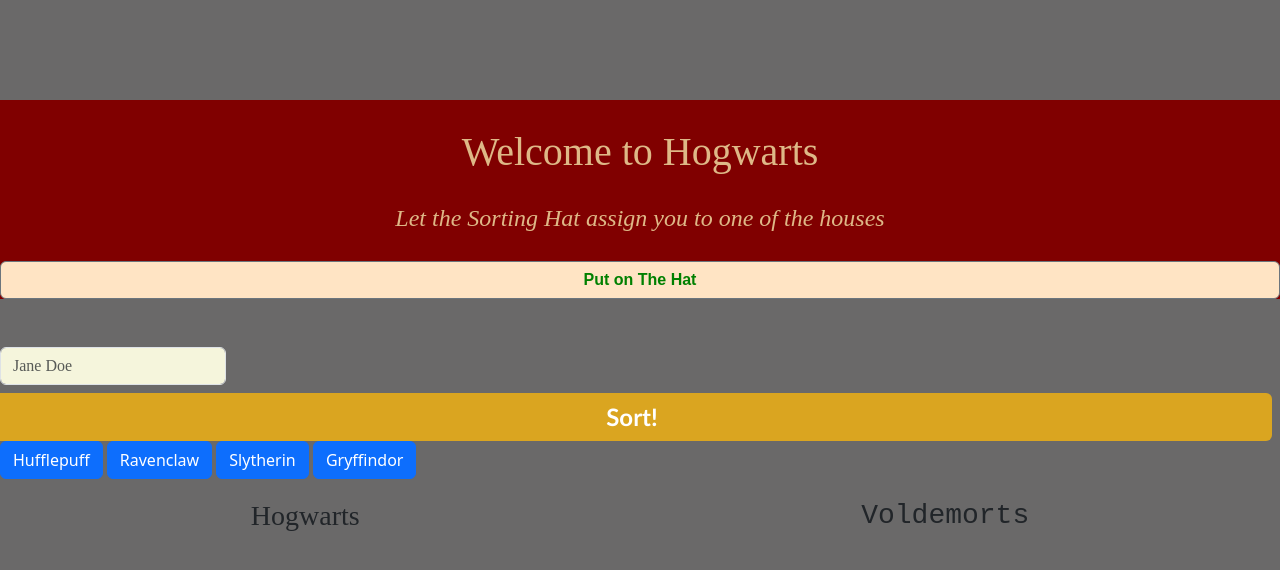
Repository: fernandabenavides618nash/INDIVIDUAL-PROJECT-sorting-hat
Page: index.html
The author's editor kept a copy of each file at every save. The page is drawn from the files as they stood at one save, then again after the next save.
The browser window is 1280 px wide. The pictures show the whole page.
After loading, the first visible `#startButton` was clicked once.

Above is the page before, as saved 2023-05-05 12:54:51.
Console error: TypeError: Cannot read properties of null (reading 'addEventListener')

### index.html
<!DOCTYPE html>
<html lang="en">
<head>
  <meta charset="UTF-8">
  <meta http-equiv="X-UA-Compatible" content="IE=edge">
  <meta name="viewport" content="width=device-width, initial-scale=1.0">
  <title>sorting hat</title>
  <link href="https://cdn.jsdelivr.net/npm/bootstrap@5.3.0-alpha3/dist/css/bootstrap.min.css" rel="stylesheet"            integrity="sha384-KK94CHFLLe+nY2dmCWGMq91rCGa5gtU4mk92HdvYe+M/SXH301p5ILy+dN9+nJOZ" crossorigin="anonymous">
  <link rel="stylesheet" href="main.css">
</head>
<body>
  <div class="intro" id="intro-screen"></div>
  <div class="form" id="form-div"></div>
  <div class="app" id="app"></div>
  <div class="school" id="school-div"> </div>
  <script src="https://cdn.jsdelivr.net/npm/bootstrap@5.3.0-alpha3/dist/js/bootstrap.bundle.min.js" integrity="sha384-ENjdO4Dr2bkBIFxQpeoTz1HIcje39Wm4jDKdf19U8gI4ddQ3GYNS7NTKfAdVQSZe" crossorigin="anonymous"></script>
  <script src="main.js"></script>
</body>
</html>

### main.css
body{
  background-color:#6a6969;
}

#intro-screen {
  background-color: maroon;
  display: flex;
  flex-direction: column;
  margin-top: 100px;
  margin-bottom: 28px;
}
.intro h1 {
  display: flex;
  justify-content: center;
  font-family: 'Times New Roman', Times, serif;
  color: burlywood;
  margin-top: 28px;
  margin-bottom: 28px;
}

.intro h4 {
  display: flex;
  justify-content: center;
  font-family:cursive;
  color: burlywood;
  font-style: italic;
  margin-bottom: 28px;
}

#startButton {
  color: green;
  font-family: sans-serif;
  font-weight: bolder;
  background-color:bisque;
}

#forma {
  width: 100%;
  padding-top: 20px;
}

#name {
  width: 100%;
  background-color: beige;
  font-family: cursive;
}

#sort {
  background-color:goldenrod;
  font-family:'Trebuchet MS', 'Lucida Sans Unicode', 'Lucida Grande', 'Lucida Sans', Arial, sans-serif;
  font-size: x-large;
  font-weight: bolder;
  border:saddlebrown;
}

.students {
  font-family: 'Times New Roman', Times, serif;
  display: flex;
  flex-direction: column;
}

.expelled {
  font-family:monospace
}

.colorRed{
 background-color:darkred;
 color:goldenrod;
}

.colorRed a {
  background-color: goldenrod
}

.colorBlue {
  background-color:rgb(24, 24, 105);
  color:aliceblue;
}

.colorBlue a {
  background-color: aliceblue;
  color: rgb(24, 24, 105);
}

.colorGreen {
  background-color:darkgreen;
  color:black;
}

.colorGreen a {
  background-color: black;
  color:#6a6969;
}


.colorYellow {
  background-color:darkgoldenrod;
  color:black;
}

.colorYellow a {
  background-color:black;
  color: darkgoldenrod;
}

.colorBlack {
  background-color:darkslategray;
  color: silver
}

.card-body p {
  font-family: cursive;
  width: 250px;
}

.class-title {
  font-family: 'Times New Roman', Times, serif;
  font-size: xx-large;
  font-weight: bolder;
  }

#school-div {
  padding-top: 20px;
  width: auto;
  display: flex;
 max-width: none;
 justify-content: space-around;
}

.w-75 {
  display: flex;
  flex-direction: column;
  justify-content: center;
}

### main.js
console.log("here");

// Data

const army = [];

const houses = [
  {
    number: 1,
    name: "Gryffindor",
    color: "Red",
  },
  {
    number: 2,
    name: "Hufflepuff",
    color: "Yellow",
  },
  {
    number: 3,
    name: "Ravenclaw",
    color: "Blue",
  },
  {
    number: 4,
    name: "Slytherin",
    color: "Green",
  },
  {
    number: 5,
    name: "Voldemot's",
    color: "Black",
  },
];

const formHtml = `<div  class="row gy-2 gx-3 align-items-center" id="forma">
    <div class="col-auto">
      <label class="visually-hidden" for="name">Name</label>
      <input type="text" class="form-control" id="name" placeholder="Jane Doe">
    </div>
      <button id="sort" class="btn btn-primary" >Sort!</button>
    </div>
  </div>`;

  const btnFilter = `<div class="buttons">
  <button type="button" class="btn btn-primary" id="hufflepuff">Hufflepuff</button>
  <button type="button" class="btn btn-primary" id="ravenclaw">Ravenclaw</button>
  <button type="button" class="btn btn-primary" id="slytherins">Slytherin</button>
  <button type="button" class="btn btn-primary" id="gryffindor">Gryffindor</button>
</div>`

const renderToDom = (divId, htmlToRender) => {
  const selectedDivId = document.querySelector(divId); // a variable that stores the desired div (first parameter)
  selectedDivId.innerHTML = htmlToRender; // applies the .innerHTML property to the variable that stores the desired div and results in the htmlToRender (second parameter)
};

const addRenderToDom = (divId, htmlToRender) => {
  const selectedDivId = document.querySelector(divId); // a variable that stores the desired div (first parameter)
  selectedDivId.innerHTML += htmlToRender; // applies the .innerHTML property to the variable that stores the desired div and results in the htmlToRender (second parameter)
};

const start = () => {
  const initialScreen = `<div><h1>Welcome to Hogwarts</h1></div><div><h4>Let the Sorting Hat assign you to one of the houses</h4></div><button type="button" class="btn btn-outline-secondary" id='startButton'>Put on The Hat</button>`;

  renderToDom("#intro-screen", initialScreen);

  const showFormButton = document.querySelector("#startButton");

  showFormButton.addEventListener("click", () => {
    const schoolString = `<div class="students" id="students-div"><h3>Hogwarts</h3></div>
    <div class="expelled" id="expelled-div"><h3>Voldemorts</h3></div>`;

    renderToDom("#school-div", schoolString);
    renderToDom("#form-div", formHtml);

    const schoolDiv = document.querySelector('#students-div')

    schoolDiv.addEventListener('click', (e) => {
      moveStudent(e)
    })

    addRenderToDom('#app', btnFilter)

    const btnSort = document.querySelector("#sort");

    btnSort.addEventListener("click", () => {
      const name = document.querySelector("#name").value;
      createNewStudent(name);
    });
  });
};
start();

const moveStudent = (e) => {
  if(e.target.id.includes('btn')){
    const idStudent = e.target.id.split('btn')[1]
    const card = document.querySelector(`#card${idStudent}`)
    const voldemortCard = `<div class="card w-75 colorBlack">
    <div class="card-body">
      <h5 class="card-title">${idStudent}</h5>
      <p class="card-text">Voldemort's Army</p>
    </div>
  </div>`
    card.remove()
    addRenderToDom('#expelled-div', voldemortCard)
  }



}

const createNewStudent = (name) => {
  const houseNumber = Math.floor(Math.random() * 4);
  console.log(houseNumber);
  let houseName = "";
  let houseColor = "";
  houses.forEach((house) => {
    if (house.number === houseNumber + 1) {
      houseName += house.name;
      houseColor += house.color;
    }
  });
  createStudentCard(name, houseName, houseColor);
};

const createStudentCard = (name, house, houseColor) => {
  const domString = `<div class="card w-75 color${houseColor}" id="card${name}">
  <div class="card-body">
    <h5 class="card-title">${name}</h5>
    <p class="card-text">${house}</p>
    <a href="#" class="btn btn-primary " id="btn${name}">Expel</a>
  </div>
</div>`;
   addRenderToDom("#students-div", domString);
};

const filterH = document.getElementById('#hufflepuff');
const filterR = document.getElementById('#ravenclaw');
const filterS = document.getElementById('#slytherin');
const filterG = document.getElementById('#gryffindor');

filterH.addEventListener('click', () => {
  if (houseNumber === 2){
    renderToDom('#students-div', domString)
  }

})

After the next save:
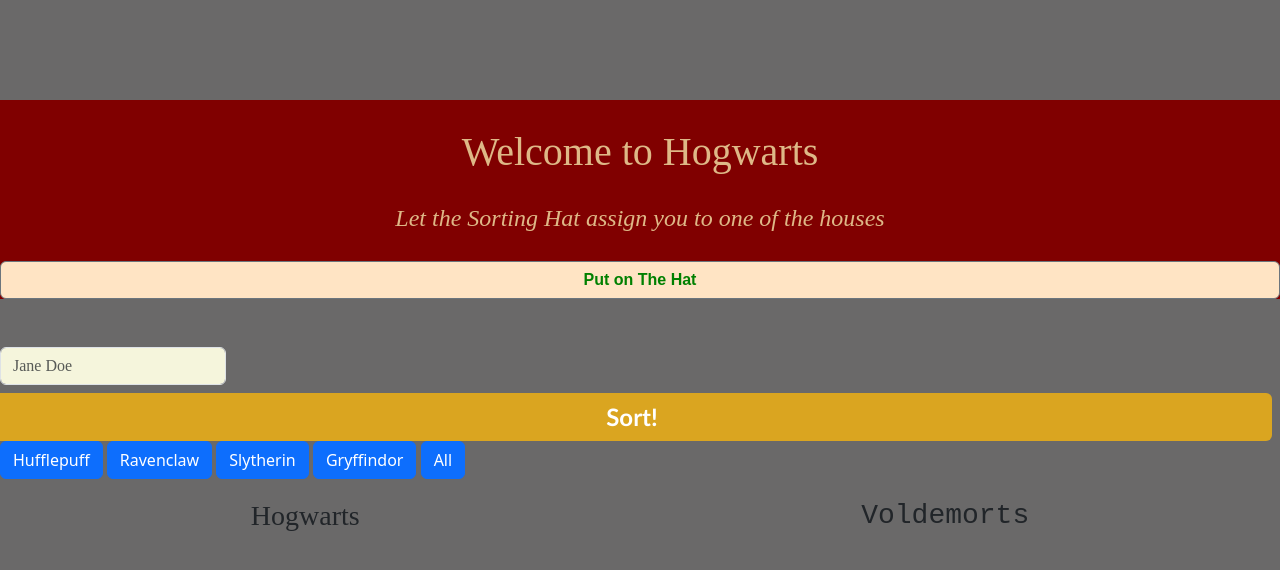
Console error: ReferenceError: filterH is not defined
Saved 16 min 13 s later.
--- a/main.js
+++ b/main.js
@@ -42,10 +42,11 @@
   </div>`;
 
   const btnFilter = `<div class="buttons">
-  <button type="button" class="btn btn-primary" id="hufflepuff">Hufflepuff</button>
-  <button type="button" class="btn btn-primary" id="ravenclaw">Ravenclaw</button>
-  <button type="button" class="btn btn-primary" id="slytherins">Slytherin</button>
-  <button type="button" class="btn btn-primary" id="gryffindor">Gryffindor</button>
+  <button type="button" class="btn btn-primary" id="btnHufflepuff">Hufflepuff</button>
+  <button type="button" class="btn btn-primary" id="btnRavenclaw">Ravenclaw</button>
+  <button type="button" class="btn btn-primary" id="btnSlytherins">Slytherin</button>
+  <button type="button" class="btn btn-primary" id="btnGryffindor">Gryffindor</button>
+  <button type="button" class="btn btn-primary" id="btnAll">All</button>
 </div>`
 
 const renderToDom = (divId, htmlToRender) => {
@@ -80,6 +81,8 @@
 
     addRenderToDom('#app', btnFilter)
 
+    filter()
+
     const btnSort = document.querySelector("#sort");
 
     btnSort.addEventListener("click", () => {
@@ -89,6 +92,30 @@
   });
 };
 start();
+
+const filter = () => {
+
+  const filterH = document.getElementById('#btnHufflepuff');
+  const filterR = document.getElementById('#btnRavenclaw');
+  const filterS = document.getElementById('#btnSlytherin');
+  const filterG = document.getElementById('#btnGryffindor');
+
+  finterH.addEventListener('click', () => {
+
+  })
+
+  finterR.addEventListener('click', () => {
+
+  })
+
+  finterS.addEventListener('click', () => {
+
+  })
+
+  finterG.addEventListener('click', () => {
+
+  })
+}
 
 const moveStudent = (e) => {
   if(e.target.id.includes('btn')){
@@ -103,9 +130,6 @@
     card.remove()
     addRenderToDom('#expelled-div', voldemortCard)
   }
-
-
-
 }
 
 const createNewStudent = (name) => {
@@ -133,11 +157,6 @@
    addRenderToDom("#students-div", domString);
 };
 
-const filterH = document.getElementById('#hufflepuff');
-const filterR = document.getElementById('#ravenclaw');
-const filterS = document.getElementById('#slytherin');
-const filterG = document.getElementById('#gryffindor');
-
 filterH.addEventListener('click', () => {
   if (houseNumber === 2){
     renderToDom('#students-div', domString)
